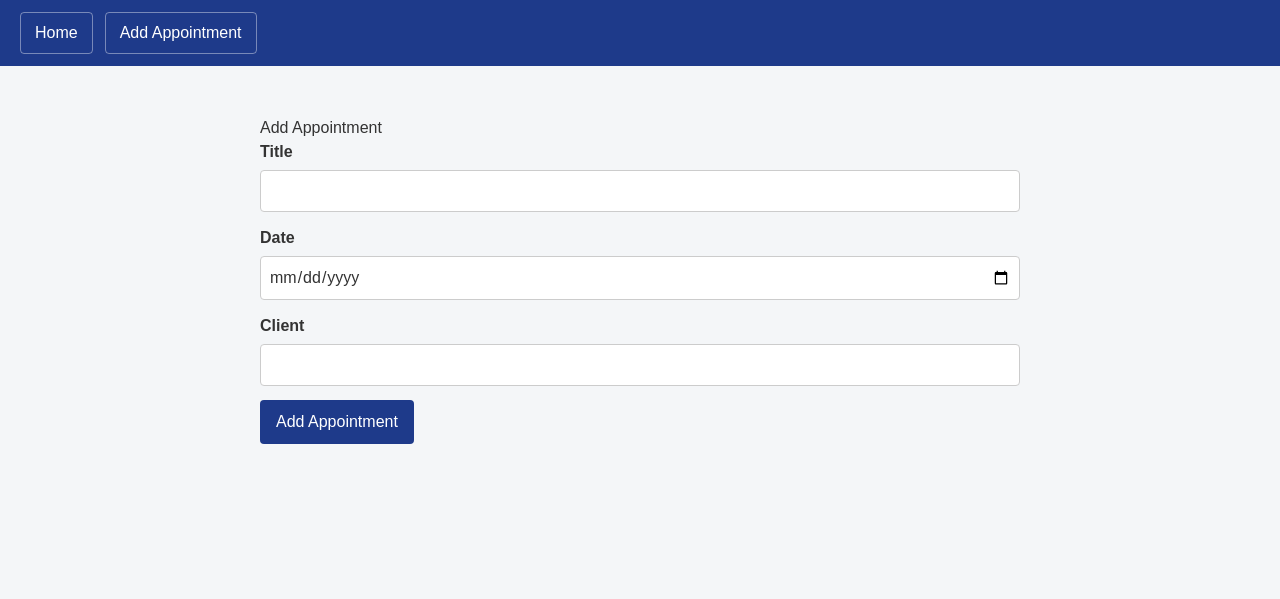
Repository: kumeil99/Appointment-Manager
Page: /create
The author's editor kept a copy of each file at every save. The page is drawn from the files as they stood at one save, then again after the next save.
The browser window is 1280 px wide. The pictures show the whole page.
The project was rebuilt for these pictures with package versions that can differ from the ones it lists, and the page was loaded fresh each time. Also part of the build but not shown: src/pages/Home.js.

Above is the page before, as saved 2025-12-13 22:47:39.

### src/index.js
import React from 'react';
import ReactDOM from 'react-dom/client';
import './index.css';
import './styles.css';
import App from './App';
import AppointmentProvider from './context/AppointmentContext';

const root = ReactDOM.createRoot(document.getElementById('root'));
root.render(
  <React.StrictMode>
    <AppointmentProvider>
      <App />
    </AppointmentProvider>
  </React.StrictMode>
);

### src/index.css
@tailwind base;
@tailwind components;
@tailwind utilities;

/* optional global styles */
body {
  @apply bg-gray-400 text-gray-800;
  @apply font-sans;

}

### src/styles.css
/* ====== GLOBAL ====== */
* {
  box-sizing: border-box;
  font-family: Arial, Helvetica, sans-serif;
}

body {
  margin: 0;
  background: #f4f6f8;
  color: #333;
}

/* ====== NAVBAR ====== */
.navbar {
  background: #1e3a8a;
  padding: 12px 20px;
  display: flex;
  gap: 12px;
}

.navbar button {
  background: transparent;
  color: white;
  border: 1px solid rgba(255,255,255,0.4);
  padding: 8px 14px;
  border-radius: 4px;
  cursor: pointer;
}

.navbar button:hover {
  background: rgba(255,255,255,0.15);
}

/* ====== PAGE CONTAINER ====== */
.container {
  max-width: 800px;
  margin: 30px auto;
  padding: 20px;
}

/* ====== CARD ====== */
.card {
  background: white;
  border-radius: 6px;
  padding: 16px;
  margin-bottom: 14px;
  box-shadow: 0 2px 6px rgba(0,0,0,0.08);
}

/* ====== FORM ====== */
form label {
  font-weight: bold;
}

form input {
  width: 100%;
  padding: 8px;
  margin-top: 6px;
  margin-bottom: 14px;
  border: 1px solid #ccc;
  border-radius: 4px;
}

form button {
  background: #1e3a8a;
  color: white;
  border: none;
  padding: 10px 16px;
  border-radius: 4px;
  cursor: pointer;
}

form button:hover {
  background: #163172;
}

/* ====== DELETE BUTTON ====== */
.delete-btn {
  background: #dc2626;
  color: white;
  border: none;
  padding: 6px 10px;
  border-radius: 4px;
  cursor: pointer;
}

.delete-btn:hover {
  background: #b91c1c;
}

.navbar a {
  color: white;
  text-decoration: none;
  border: 1px solid rgba(255,255,255,0.4);
  padding: 8px 14px;
  border-radius: 4px;
}

.navbar a:hover {
  background: rgba(255,255,255,0.15);
}

### src/App.js
import { BrowserRouter as Router, Routes, Route } from "react-router-dom";
import Navbar from "./components/Navbar";
import Home from "./pages/Home";
import CreateAppointment from "./pages/CreateAppointment";

function App() {
  return (
    <Router>
      <Navbar />
      <Routes>
        <Route path="/" element={<Home />} />
        <Route path="/create" element={<CreateAppointment />} />
      </Routes>
    </Router>
  );
}

export default App;

### src/context/AppointmentContext.js
import { createContext, useEffect, useState } from "react";
import {
  getAppointments,
  createAppointment,
  deleteAppointmentById,
} from "../services/appointmentService";

export const AppointmentContext = createContext();

const AppointmentProvider = ({ children }) => {
  const [appointments, setAppointments] = useState([]);
  const [loading, setLoading] = useState(true);
  const [error, setError] = useState(null);

  useEffect(() => {
    getAppointments()
      .then((data) => {
        setAppointments(data);
        setLoading(false);
      })
      .catch(() => {
        setError("Failed to load appointments");
        setLoading(false);
      });
  }, []);

  const addAppointment = async (appointment) => {
    try {
      const saved = await createAppointment(appointment);
      setAppointments((prev) => [...prev, saved]);
    } catch (err) {
      setError("Failed to add appointment");
    }
  };

  const deleteAppointment = async (id) => {
    try {
      await deleteAppointmentById(id);
      setAppointments((prev) => prev.filter((appt) => appt.id !== id));
    } catch {
      setError("Failed to delete appointment");
    }
  };

  return (
    <AppointmentContext.Provider
      value={{ appointments, addAppointment, deleteAppointment, loading, error }}
    >
      {children}
    </AppointmentContext.Provider>
  );
};

export default AppointmentProvider;

### src/components/Navbar.js
import { Link } from "react-router-dom";

const Navbar = () => {
  return (
    <div className="navbar">
      <Link to="/">Home</Link>
      <Link to="/create">Add Appointment</Link>
    </div>
  );
};

export default Navbar;

### src/pages/CreateAppointment.js
import { useState, useContext } from "react";
import { AppointmentContext } from "../context/AppointmentContext";
import { useNavigate } from "react-router-dom";


const CreateAppointment = () => {
  const { addAppointment } = useContext(AppointmentContext);
const navigate = useNavigate();

  const [title, setTitle] = useState("");
  const [date, setDate] = useState("");
  const [client, setClient] = useState("");
  const [saving, setSaving] = useState(false);

const handleSubmit = async (e) => {
  e.preventDefault();
  setSaving(true);

  await addAppointment({
    id: Date.now(),
    title,
    date,
    client,
  });

  setSaving(false);
  navigate("/"); // go to Home page
};



  return (
    <div className="container">
      <h2>Add Appointment</h2>

      <form onSubmit={handleSubmit}>
        <label>Title</label>
        <input
          type="text"
          required
          value={title}
          onChange={(e) => setTitle(e.target.value)}
        />

        <label>Date</label>
        <input
          type="date"
          required
          value={date}
          onChange={(e) => setDate(e.target.value)}
        />

        <label>Client</label>
        <input
          type="text"
          required
          value={client}
          onChange={(e) => setClient(e.target.value)}
        />

        <button disabled={saving}>
  {saving ? "Saving..." : "Add Appointment"}
</button>

      </form>
    </div>
  );
};

export default CreateAppointment;

### src/services/appointmentService.js
// src/services/appointmentService.js
let appointments = [
  { id: 1, title: "Doctor Visit", date: "2025-01-20", client: "Ali" },
  { id: 2, title: "Project Meeting", date: "2025-01-22", client: "Kumail" },
];

// simulate network delay
const delay = (ms) => new Promise((res) => setTimeout(res, ms));

export const getAppointments = async () => {
  await delay(300); // simulate fetch delay
  return [...appointments];
};

export const createAppointment = async (appointment) => {
  await delay(300);
  appointments.push(appointment);
  return appointment;
};

export const deleteAppointmentById = async (id) => {
  await delay(300);
  appointments = appointments.filter((a) => a.id !== id);
  return id;
};

Loaded but not shown: public/index.html (common file); tailwind.config.js (common file)

After the next save:
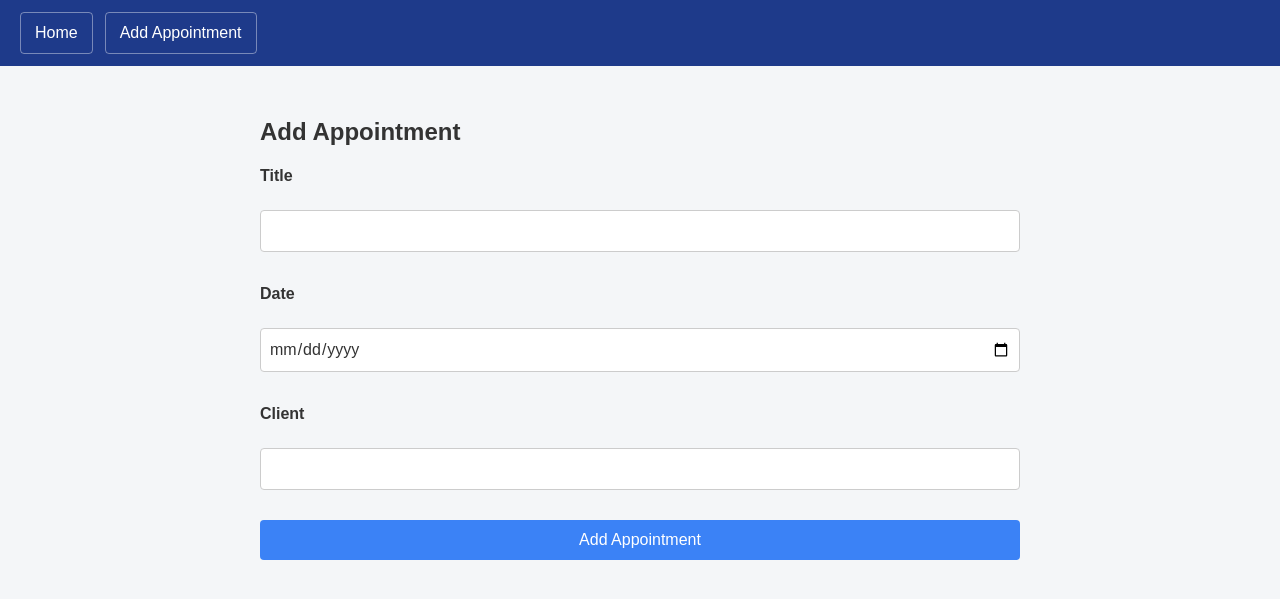
Saved 20 s later.
--- a/src/pages/CreateAppointment.js
+++ b/src/pages/CreateAppointment.js
@@ -2,44 +2,42 @@ import { useState, useContext } from "react";
 import { AppointmentContext } from "../context/AppointmentContext";
 import { useNavigate } from "react-router-dom";
 
-
 const CreateAppointment = () => {
   const { addAppointment } = useContext(AppointmentContext);
-const navigate = useNavigate();
+  const navigate = useNavigate();
 
   const [title, setTitle] = useState("");
   const [date, setDate] = useState("");
   const [client, setClient] = useState("");
   const [saving, setSaving] = useState(false);
 
-const handleSubmit = async (e) => {
-  e.preventDefault();
-  setSaving(true);
+  const handleSubmit = async (e) => {
+    e.preventDefault();
+    setSaving(true);
 
-  await addAppointment({
-    id: Date.now(),
-    title,
-    date,
-    client,
-  });
+    await addAppointment({
+      id: Date.now(),
+      title,
+      date,
+      client,
+    });
 
-  setSaving(false);
-  navigate("/"); // go to Home page
-};
-
-
+    setSaving(false);
+    navigate("/"); // redirect to Home
+  };
 
   return (
-    <div className="container">
-      <h2>Add Appointment</h2>
+    <div className="container mx-auto max-w-md p-4">
+      <h2 className="text-2xl font-bold mb-4">Add Appointment</h2>
 
-      <form onSubmit={handleSubmit}>
+      <form onSubmit={handleSubmit} className="flex flex-col gap-4">
         <label>Title</label>
         <input
           type="text"
           required
           value={title}
           onChange={(e) => setTitle(e.target.value)}
+          className="border p-2 rounded"
         />
 
         <label>Date</label>
@@ -48,6 +46,7 @@ const handleSubmit = async (e) => {
           required
           value={date}
           onChange={(e) => setDate(e.target.value)}
+          className="border p-2 rounded"
         />
 
         <label>Client</label>
@@ -56,12 +55,16 @@ const handleSubmit = async (e) => {
           required
           value={client}
           onChange={(e) => setClient(e.target.value)}
+          className="border p-2 rounded"
         />
 
-        <button disabled={saving}>
-  {saving ? "Saving..." : "Add Appointment"}
-</button>
-
+        <button
+          type="submit"
+          disabled={saving}
+          className="bg-blue-500 text-white p-2 rounded hover:bg-blue-600"
+        >
+          {saving ? "Saving..." : "Add Appointment"}
+        </button>
       </form>
     </div>
   );
